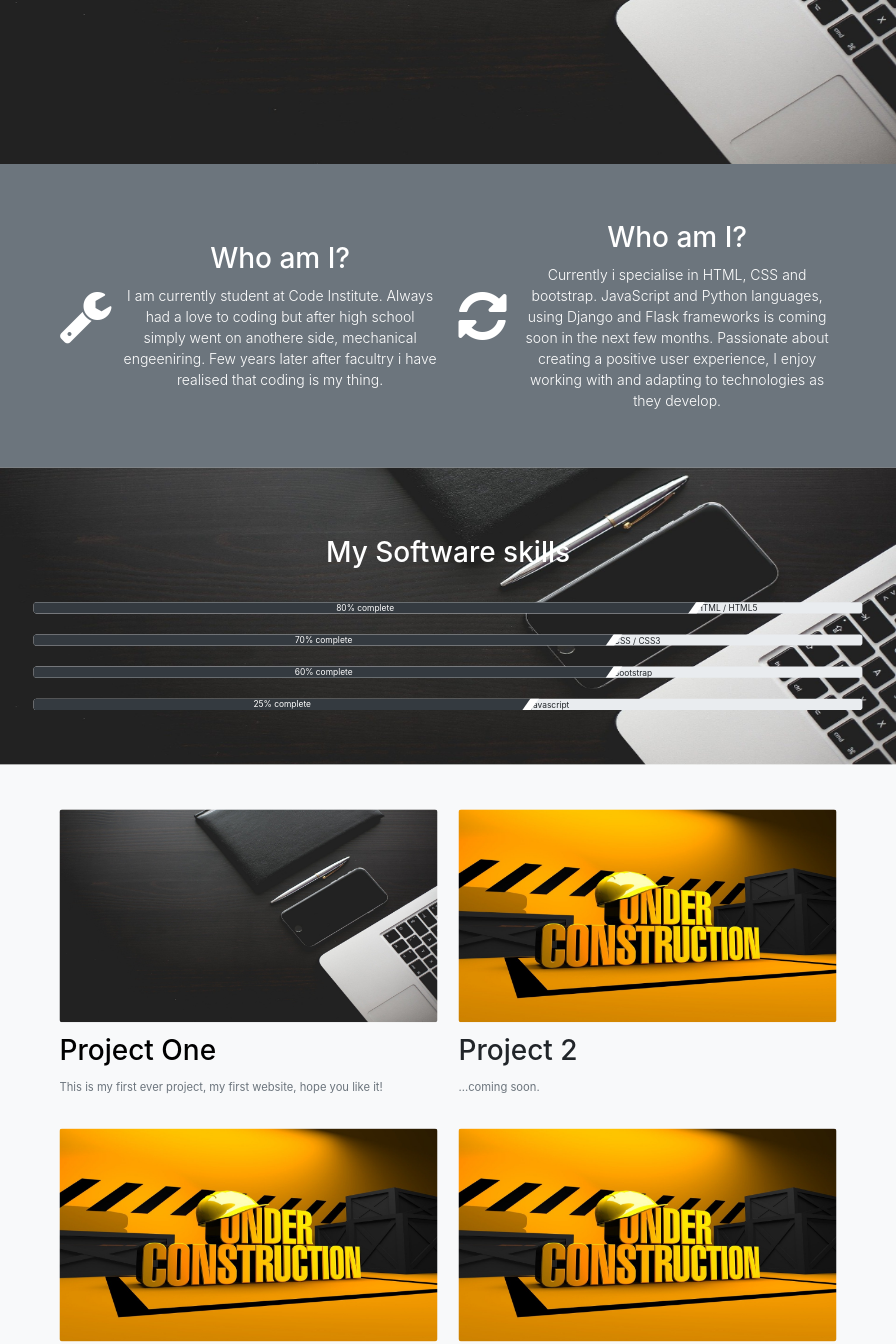
Repository: Kraljiccar/User-Centric-Frontend-Development-Milestone-Project
Page: index.html
The author's editor kept a record of every edit. The page is drawn from the files as they stood at one moment, then again after the next edit.
The browser window is 1280 px wide. The pictures show the part of the page from y = 485 to 2405 px (the page is 3250 px tall), at 70% of full size.
Backgrounds fixed to the window are drawn as part of the page.

Above is the page before.

### index.html
<!DOCTYPE html>
<html lang="en-US">

<head>
    <meta charset="UTF-8">
    <meta name="viewport" content="width=device-width, initial-scale=1.0">
    <meta http-equiv="X-UA-Compatible" content="ie=edge">
    <link rel="stylesheet" href="./assets/css/style.css" type="text/css" />
    <link rel="stylesheet" href="https://stackpath.bootstrapcdn.com/bootstrap/4.3.1/css/bootstrap.min.css" integrity="sha384-ggOyR0iXCbMQv3Xipma34MD+dH/1fQ784/j6cY/iJTQUOhcWr7x9JvoRxT2MZw1T" crossorigin="anonymous">
    <link rel="stylesheet" href="https://stackpath.bootstrapcdn.com/font-awesome/4.7.0/css/font-awesome.min.css" type="text/css" />

    <title>Nemanja Kraljic</title>
</head>

<body data-spy="scroll" data-target="#navbarResponsive">
    <nav class="navbar navbar-expand-sm transparent navbar-dark p-2 fixed-top">
        <div class="container">
  <button class="navbar-toggler" type="button" data-toggle="collapse" data-target="#navbarTogglerDemo03" aria-controls="navbarTogglerDemo03" aria-expanded="false" aria-label="Toggle navigation">
    <span class="navbar-toggler-icon"></span>
  </button>


  <div class="collapse navbar-collapse justify-content-end" id="navbarTogglerDemo03">

    <ul class="navbar-nav mr-auto mt-2 mt-lg-0">
      <li class="nav-item">
        <a class="nav-link" href="#banner">Home <span class="sr-only">(current)</span></a>
      </li>
      <li class="nav-item">
        <a class="nav-link" href="#about-me">About me</a>
      </li>
       <li class="nav-item">
        <a class="nav-link" href="#skills">My skills</a>
      </li>
       <li class="nav-item">
        <a class="nav-link" href="#projects">My projects</a>
      </li>
       <li class="nav-item">
        <a class="nav-link" href="#contact">Contact me</a>
      </li>

    </ul>
    </div>
  </div>
</nav>
    <section id="banner">
        <div class="container">
            <div class="row max-viewport align-items-center text-center">
                <div class="col-md-6 ">
                    <h1 class="text-white text-uppercase">Nemanja Kraljic</h1>
                    <h3 class="text-white">-Software developer-</h2>
                </div>
            </div>
        </div>
    </section>
    <!-----about me----->
    <section id="about-me" class="py-5 bg-secondary">
        <div class="container">
            <div class="row align-items-center text-center text-white">
                <div class="col-sm-12 col-md-6 col-lg-4text-white my-3 d-flex">
                    <i class="fa fa-wrench fa-5x mr-3 align-self-center"></i>
                    <div class="inner-text">
                        <h1 class="my-3">Who am I?</h1>
                        <p class="lead">I am currently student at Code Institute. Always had a love to coding but after high school simply went on anothere side, mechanical engeeniring. Few years later after facultry i have realised that coding is my thing.  </p>

                    </div>
                </div>
                <div class="col-sm-12 col-md-6 col-lg-4text-white my-3 d-flex">
                    <i class="fa fa-refresh fa-5x mr-3 align-self-center"></i>
                    <div class="inner-text">
                        <h1 class="my-3">Who am I?</h1>
                        <p class="lead">Currently i specialise in HTML, CSS and bootstrap. JavaScript and Python languages, using Django and Flask frameworks is coming soon in the next few months. Passionate about creating a positive user experience, I enjoy working with and adapting to technologies as they develop.</p>

                    </div>
                </div>

            </div>
        </div>

    </section>
    <!-----skills---->
    <section id="skills" class="p-5">
        <div class="naslov">
            <h1 class="mb-5 mt-5"> My Software skills</h1>
        </div>
       <div class="row progress-section">
                    <div class="col">
                        <div class="progress" >
                            <div class="progress-bar bg-dark" role="progressbar" aria-valuenow="80" aria-valuemin="0" aria-valuemax="100" style="width:80%;">
                                <span class="sl-only">80% complete</span>
                            </div>
                            <span class="progress-type">HTML / HTML5</span>
                        </div>
                        <div class="progress">
                            <div class="progress-bar bg-dark" role="progressbar" aria-valuenow="70" aria-valuemin="0" aria-valuemax="100" style="width:70%;">
                                <span class="sl-only">70% complete</span>
                            </div>
                            <span class="progress-type">CSS / CSS3</span>
                        </div>
                        <div class="progress">
                            <div class="progress-bar bg-dark" role="progressbar" aria-valuenow="60" aria-valuemin="0" aria-valuemax="100" style="width:70%;">
                                <span class="sl-only">60% complete</span>
                            </div>
                            <span class="progress-type">Bootstrap</span>
                        </div>
                        <div class="progress">
                            <div class="progress-bar bg-dark" role="progressbar" aria-valuenow="25" aria-valuemin="0" aria-valuemax="100" style="width:60%;">
                                <span class="sl-only">25% complete</span>
                            </div>
                            <span class="progress-type">javascript</span>
                        </div>

                    </div>
                </div>
</div>
</div>
    </section>

    <section id="projects" class="p-5 bg-light">
        <div class="container">
            <div class="row">
                <div class="col-sm-6 my-3" >
                  <a class="project-link" href="#banner">  <img src="assets/images/office.jpg" alt="#" class="img-fluid rounded" alt="picture">
                    <h1 class="my-3">Project One</h1>
                    <p class="text-muted">This is my first ever project, my first website, hope you like it!</p>
               </a>
                </div>
                <div class="col-sm-6 my-3">
                    <img src="assets/images/under-construction.jpg" alt="#" class="img-fluid rounded" alt="picture">
                    <h1 class="my-3">Project 2</h1>
                    <p class="text-muted">...coming soon.</p>
                </div>
                <div class="col-sm-6 my-3">
                    <img src="assets/images/under-construction.jpg" alt="#" class="img-fluid rounded" alt="picture">
                    <h1 class="my-3">Project #</h1>
                    <p class="text-muted">...coming soon.</p>
                </div>
                <div class="col-sm-6 my-3">
                    <img src="assets/images/under-construction.jpg" alt="#" class="img-fluid rounded" alt="picture">
                    <h1 class="my-3">Project 4</h1>
                    <p class="text-muted">...coming soon.</p>
                </div>


            </div>
        </div>
    </section>
    <section id="contact">
        <div class="container">
            <div class="row justify justify-content-center">
                <div class="col-11 col-md-8 col-lg-6 col-xl-5">
                    <form class="">
                        <div class="card bg-transparent">
                            <div class="row mt-0">
                                <div class="col-md-12 ">
                                    <h4 class="">Contact Me</h4>
                                    <p>Feel free to contact me if you have any projects or job for me.</p>
                                </div>
                            </div>
                            <div class="form-group row mb-3">
                                <div class="col-md-12 mb-0">
                                    <p class="mb-1">Email</p> <input id="e-mail" type="text" placeholder="Enter your email" name="email" class="form-control input-box rm-border">
                                </div>
                            </div>
                            <div class="form-group row">
                                <div class="col-md-12 mb-2">
                                    <p class="mb-1">Message</p> <textarea id="message" type="text" placeholder="Enter your message" name="message" class="form-control input-box rm-border"></textarea>
                                </div>
                            </div>
                            <div class="form-group row justify-content-center mb-0">
                                <div class="col-md-12 px-3"> <input type="submit" value="Submit" class="btn btn-block btn-dark rm-border"> </div>
                            </div>
                        </div>
                    </form>
                </div>
            </div>
        </div>
    </section>
    <section id="footer" class="p-2 bg-dark">
        <div class="container">
            <div class="row">
                <div class="col text-center">
                    <h4 class="text-white text-capiralize">&copy;Copyright Kraljic 2019</h4>
                </div>
            </div>
        </div>

    </section>
    <!-----Script---->
    <script src="https://code.jquery.com/jquery-3.3.1.slim.min.js" integrity="sha384-q8i/X+965DzO0rT7abK41JStQIAqVgRVzpbzo5smXKp4YfRvH+8abtTE1Pi6jizo" crossorigin="anonymous"></script>
    <script src="https://cdnjs.cloudflare.com/ajax/libs/popper.js/1.14.7/umd/popper.min.js" integrity="sha384-UO2eT0CpHqdSJQ6hJty5KVphtPhzWj9WO1clHTMGa3JDZwrnQq4sF86dIHNDz0W1" crossorigin="anonymous"></script>
    <script src="https://stackpath.bootstrapcdn.com/bootstrap/4.3.1/js/bootstrap.min.js" integrity="sha384-JjSmVgyd0p3pXB1rRibZUAYoIIy6OrQ6VrjIEaFf/nJGzIxFDsf4x0xIM+B07jRM" crossorigin="anonymous"></script>
</body>

</html>

### assets/css/style.css
@import url('https://fonts.googleapis.com/css?family=Roboto:400,700&display=swap');

body {
  font-family: 'Roboto', sans-serif;
}

.transparent {
  background-color: rgba(0, 0, 0, 0.6);
}

.max-viewport{
  min-height: 100vh;
}


#banner,
#skills {
  background: url("../images/office.jpg"), linear-gradient(rgba(179, 179, 179, 1), rgba(247, 247, 247, 1));
  background-attachment: fixed;
  background-position: center center;
  background-repeat: no-repeat;
  background-size: cover;

}

.naslov {
  color: #fff;
}

.naslov h1 {
  text-align: center;
}

.progress-title {
  font-size: 16px;
  font-weight: 700;
  color: #fff;
  margin: 0 0 20px;
}

.progress {
  height: 20px;
  background: #333;
  border-radius: 0;
  box-shadow: none;
  margin-bottom: 30px;
  overflow: visible
}

.progress-value {
  font-size: 20px;
  color: #fff;
}

.progress .progress-bar {
  position: relative;
  -webkit-animation: animate-positive 2s;
  animation: animate-positive 2s
}

.progress .progress-value {
  display: block;
  font-size: 18px;
  font-weight: 500;
  color: black;
  position: absolute;
  top: -30px;
  right: -25px
}

.progress .progress-bar:after {
  content: "";
  display: inline-block;
  width: 10px;
  background: #fff;
  position: absolute;
  top: -10px;
  bottom: -10px;
  right: -5px;
  z-index: 1;
  transform: rotate(35deg)
}

.img-fluid {
  width:100%;
  height:20%;
  background-position: center;
  background-size: cover;
  background-repeat: no-repeat;

}
.project-link {
  color:black;
}
.img-fluid:hover {
  transform: translateY(-50px), translatex(-50px);
  box-shadow: 0 15px 35px rgba(0,0,0,0.9);
}



.project-link:hover {
  color:grey;
}

#contact {
  width: 100%;
  height: 85vh;

  background-image: url(../images/keyboard.jpg);
  background-position: center center;
  background-size: cover;
  background-attachment: fixed;
}
.box {
    margin: auto
}

.card {
    padding: 8%;
    padding-top: 35px;
    margin-top: 60px;
    margin-bottom: 80px
}

textarea[name="message"] {
    resize: none
}

#e-mail {
    height: 45px
}

#message {
    height: 120px
}

input.input-box,
textarea.input-box {
    background-color: #fff;
    border: #616161;
    color: #BDBDBD
}

input.input-box:focus,
textarea.input-box:focus {
    background-color: #F5F5F5;
    color: #BDBDBD
}

.rm-border:focus {
    border-color: inherit;
    -webkit-box-shadow: none;
    box-shadow: none
}

form .form-control::-webkit-input-placeholder {
    color: #9E9E9E
}

::-moz-placeholder {
    color: #9E9E9E !important
}

After the next edit:
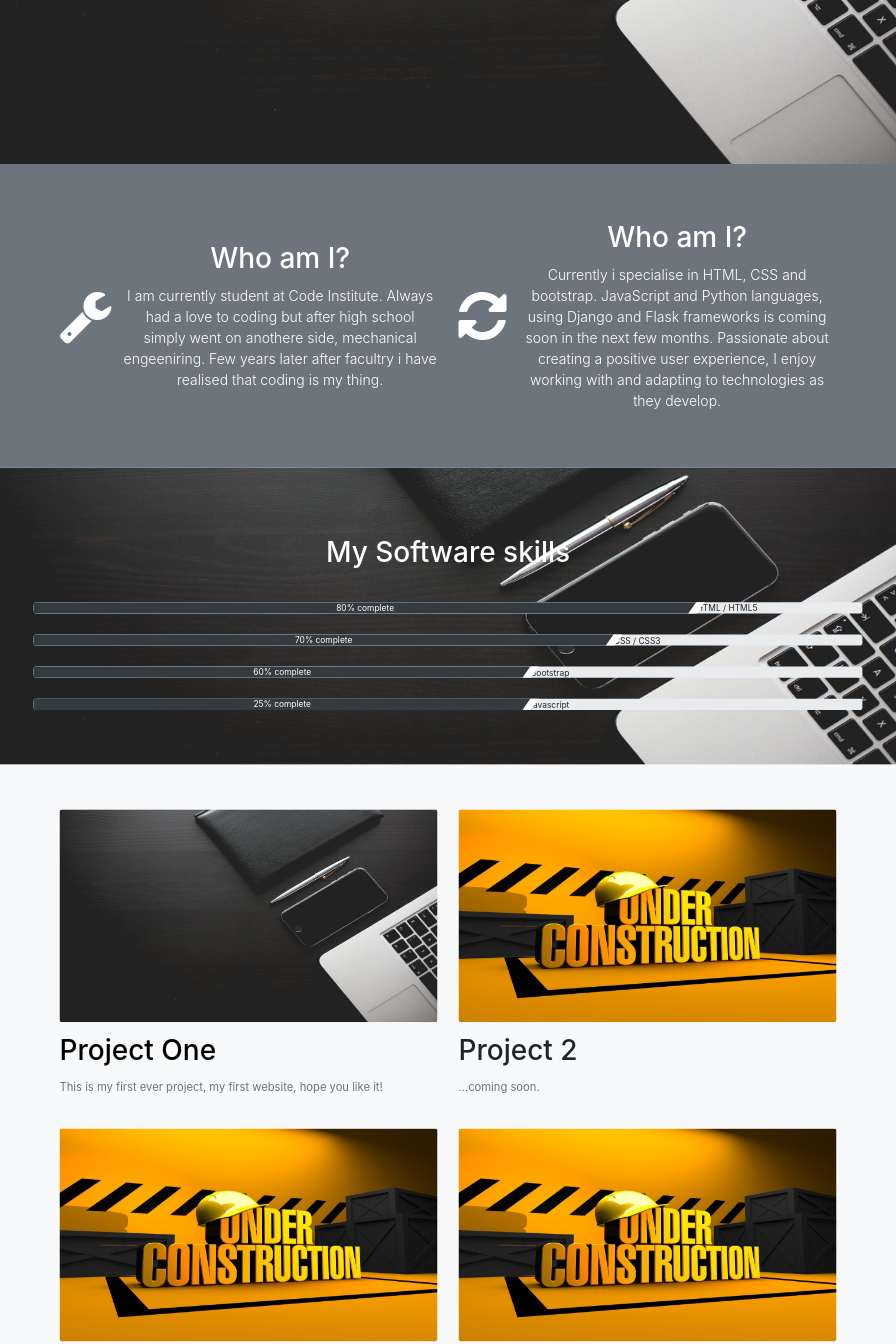
The edit:
--- a/index.html
+++ b/index.html
@@ -98,7 +98,7 @@
                             <span class="progress-type">CSS / CSS3</span>
                         </div>
                         <div class="progress">
-                            <div class="progress-bar bg-dark" role="progressbar" aria-valuenow="60" aria-valuemin="0" aria-valuemax="100" style="width:70%;">
+                            <div class="progress-bar bg-dark" role="progressbar" aria-valuenow="60" aria-valuemin="0" aria-valuemax="100" style="width:60%;">
                                 <span class="sl-only">60% complete</span>
                             </div>
                             <span class="progress-type">Bootstrap</span>
